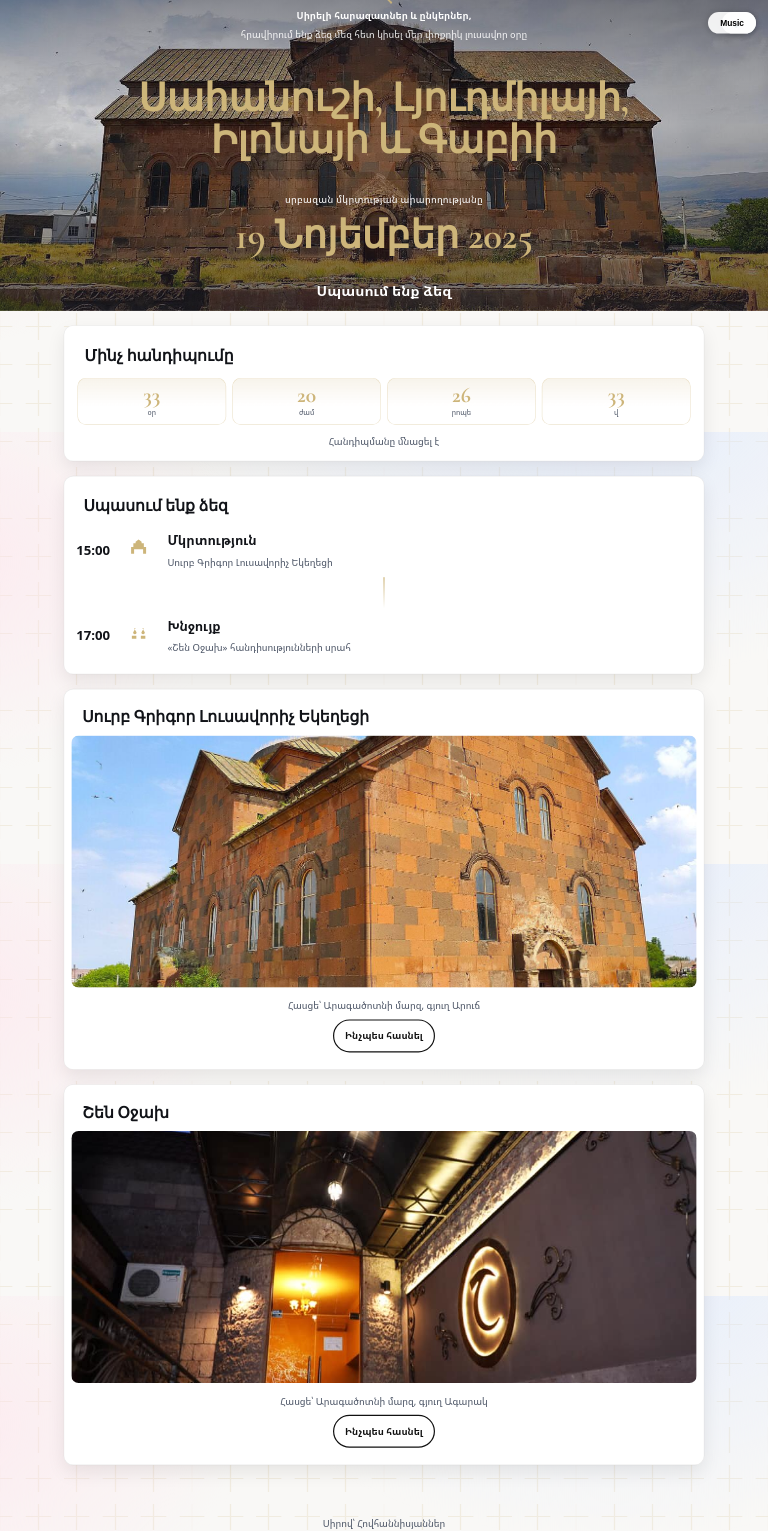
Repository: vardgeshakobyann/hraviratoms
Page: index.html
These files come from the project's save history. The page is drawn as it stood at one moment and after the next save; the edit follows.
The browser window is 1280 px wide. The pictures show the whole page, at 60% of full size.
Backgrounds fixed to the window are drawn as part of the page.

Above is the page before, as saved 2025-10-18 09:46:05.

After the next save:
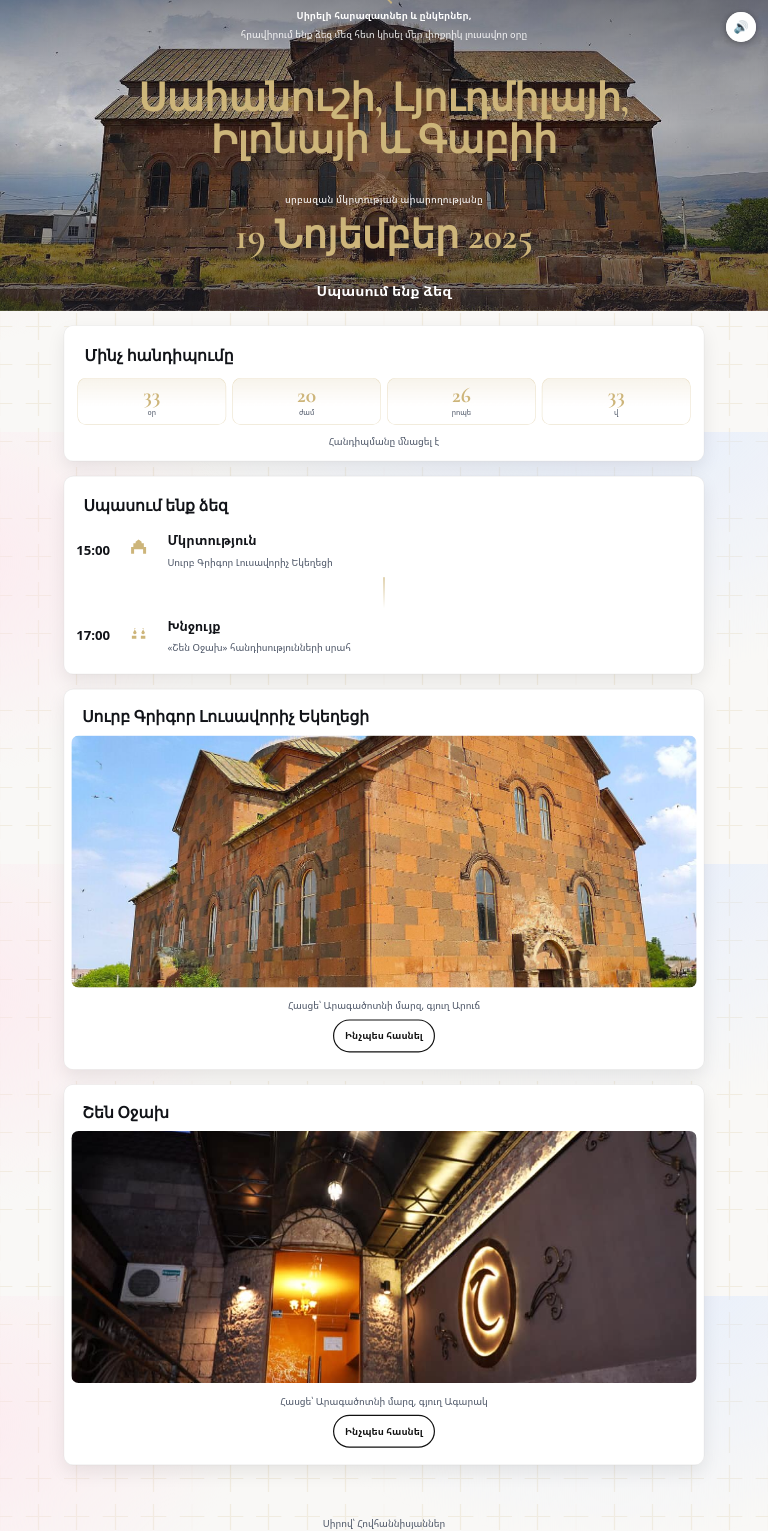
Saved 6 s later.
--- a/script.js
+++ b/script.js
@@ -13,7 +13,7 @@ function initBackgroundMusic() {
   // Create music control button
   const musicButton = document.createElement('button');
   musicButton.id = 'musicToggle';
-  musicButton.innerHTML = 'Music';
+  musicButton.innerHTML = '🔊';
   musicButton.style.cssText = `
     position: fixed;
     top: 20px;
@@ -21,10 +21,10 @@ function initBackgroundMusic() {
     z-index: 1000;
     background: rgba(255, 255, 255, 0.9);
     border: none;
-    border-radius: 25px;
-    padding: 10px 20px;
-    font-size: 14px;
-    font-weight: bold;
+    border-radius: 50%;
+    width: 50px;
+    height: 50px;
+    font-size: 20px;
     cursor: pointer;
     box-shadow: 0 2px 10px rgba(0,0,0,0.2);
     transition: all 0.3s ease;
